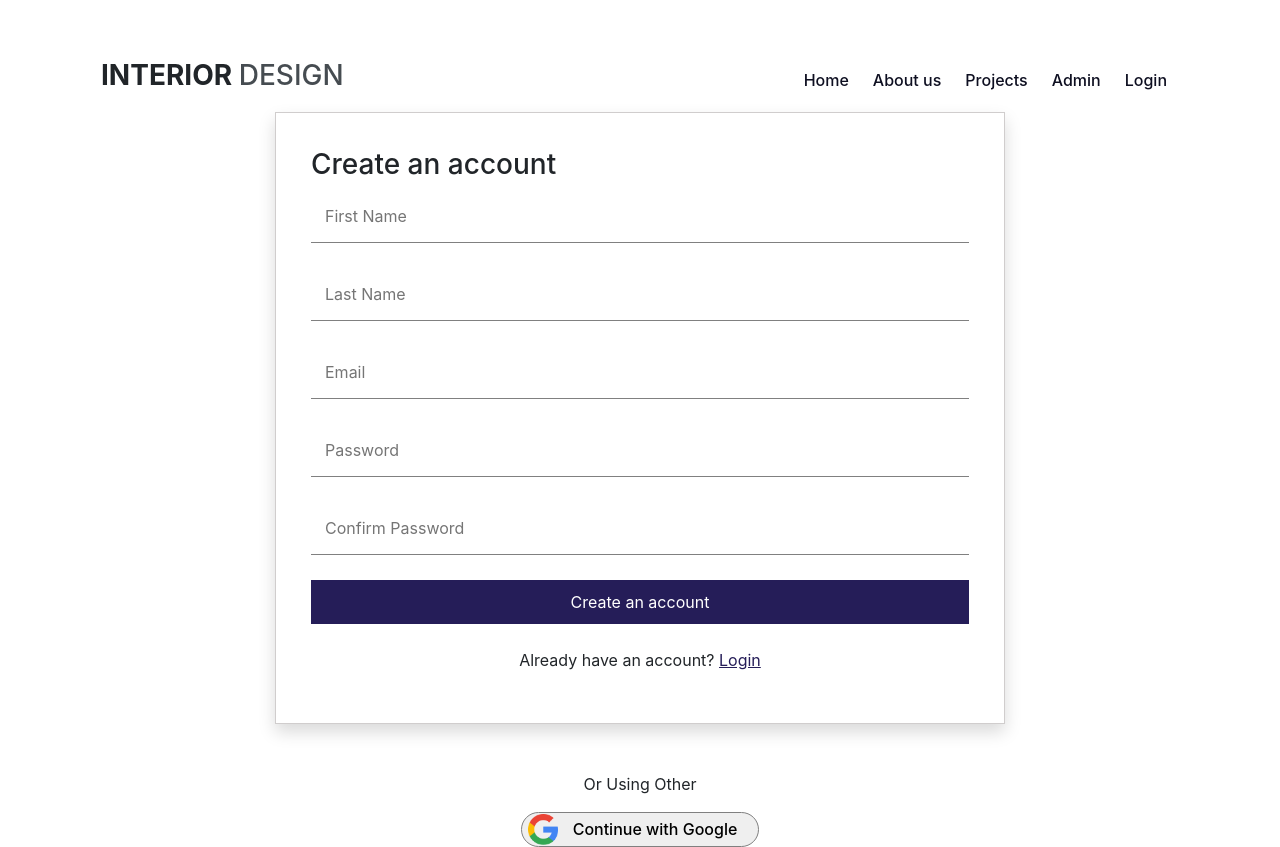
Repository: arif286/home-decoration-client-site
Page: /login
These files come from the project's save history. The page is drawn as it stood at one moment and after the next save; the edit follows.
The browser window is 1280 px wide. The pictures show the whole page.
The project was rebuilt for these pictures with package versions that can differ from the ones it lists, and the page was loaded fresh each time. Also part of the build but not shown: src/components/HomePage/AboutUs/AboutUs.css, src/components/HomePage/Header/Header.css, src/components/HomePage/Header/Header.js, src/components/HomePage/Project/Project.js, src/components/HomePage/ServiceCard/ServiceCard.js, src/components/HomePage/Service/Service.js, src/components/HomePage/TestimonialCard/TestimonialCard.js, src/components/HomePage/Testimonials/Testimonials.js and 2 more.

Above is the page before, as saved 2021-04-15 05:36:06.

After the next save:
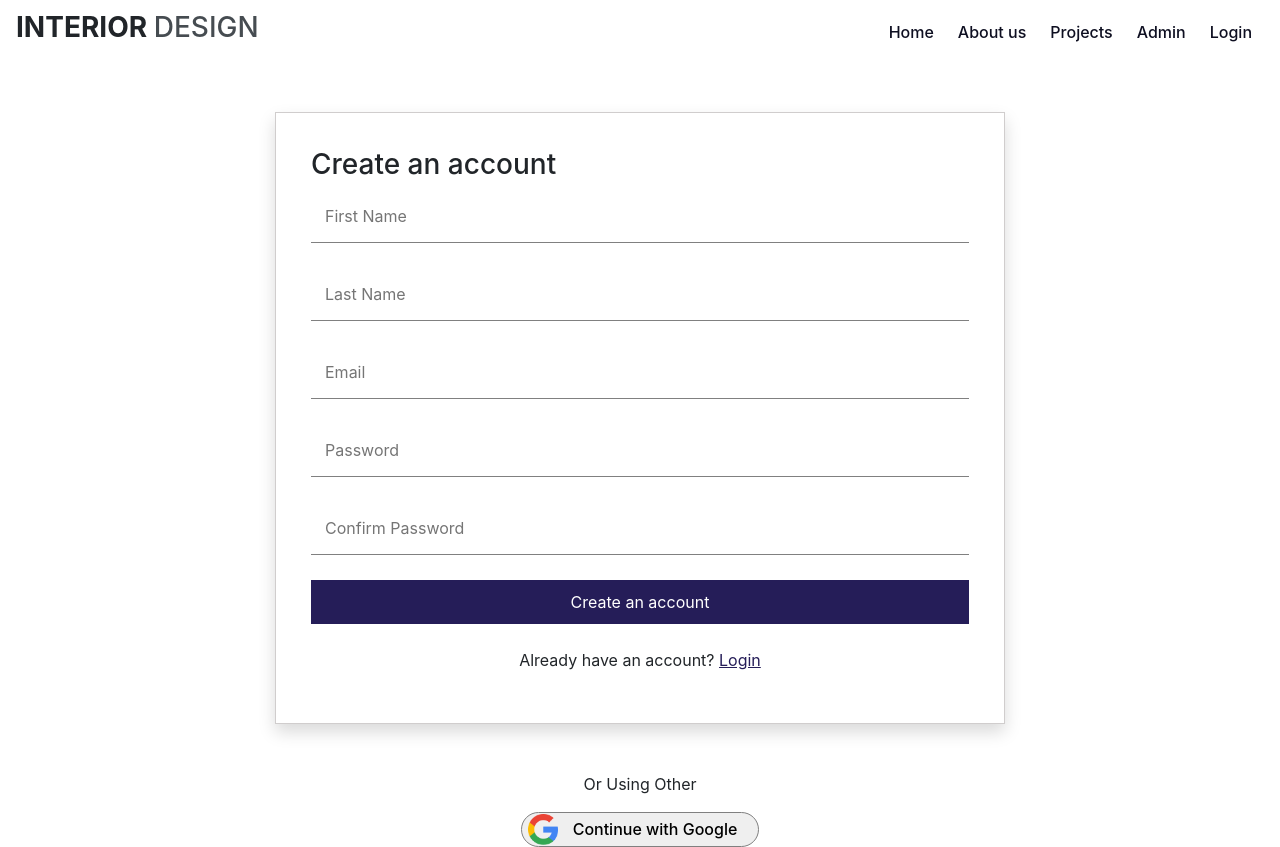
Saved 81 s later.
--- a/src/components/LoginPage/SignUp/SignUp.js
+++ b/src/components/LoginPage/SignUp/SignUp.js
@@ -19,71 +19,73 @@ const SignUp = () => {
   const onSubmit = (data) => console.log(data);
 
   return (
+      <>
+        <NavBar />
       <Container className="mt-5">
-          <NavBar/>
-      <Row className="justify-content-center">
-        <Col xs={10} md={8}>
-          {!toggle ? (
-            <form
-              className="login-form shadow"
-              onSubmit={handleSubmit(onSubmit)}
-            >
-              <h3>Create an account</h3>
-              <input
-                type="text"
-                {...register("firstName", { required: true })}
-                placeholder="First Name"
-              />
+        <Row className="justify-content-center">
+          <Col xs={10} md={8}>
+            {!toggle ? (
+              <form
+                className="login-form shadow"
+                onSubmit={handleSubmit(onSubmit)}
+              >
+                <h3>Create an account</h3>
+                <input
+                  type="text"
+                  {...register("firstName", { required: true })}
+                  placeholder="First Name"
+                />
 
-              <input
-                type="text"
-                {...register("lastName", { required: true })}
-                placeholder="Last Name"
-              />
+                <input
+                  type="text"
+                  {...register("lastName", { required: true })}
+                  placeholder="Last Name"
+                />
 
-              <input
-                type="email"
-                {...register("email", { required: true })}
-                placeholder="Email"
-              />
-              <input
-                type="password"
-                {...register("password", { required: true })}
-                placeholder="Password"
-              />
-              <input
-                type="password"
-                {...register("confirmation", {
-                  validate: (value) =>
-                    value === password.current || "password do not match",
-                })}
-                placeholder="Confirm Password"
-              />
-              {errors.confirmation && <p>{errors.confirmation.message}</p>}
+                <input
+                  type="email"
+                  {...register("email", { required: true })}
+                  placeholder="Email"
+                />
+                <input
+                  type="password"
+                  {...register("password", { required: true })}
+                  placeholder="Password"
+                />
+                <input
+                  type="password"
+                  {...register("confirmation", {
+                    validate: (value) =>
+                      value === password.current || "password do not match",
+                  })}
+                  placeholder="Confirm Password"
+                />
+                {errors.confirmation && <p>{errors.confirmation.message}</p>}
 
-              <button type="submit" className="w-100 submit-btn">
-                Create an account
-              </button>
-              <p className="text-center mt-4">
-                Already have an account?{" "}
-                <span
-                  onClick={() => {
-                    setToggle(true);
-                  }}
-                >
-                  Login
-                </span>
-              </p>
-            </form>
-          ) : (
-            <Login setToggle={setToggle} />
-          )}
-        </Col>
-      </Row>
-      <div className='mt-5 text-center'>
-        <GoogleLogin />
-      </div>
-    </Container>
+                <button type="submit" className="w-100 submit-btn">
+                  Create an account
+                </button>
+                <p className="text-center mt-4">
+                  Already have an account?{" "}
+                  <span
+                    onClick={() => {
+                      setToggle(true);
+                    }}
+                  >
+                    Login
+                  </span>
+                </p>
+              </form>
+            ) : (
+              <Login setToggle={setToggle} />
+            )}
+          </Col>
+        </Row>
+        <div className="mt-5 text-center">
+          <GoogleLogin />
+        </div>
+      </Container>
+    </>
   );
 };
 
